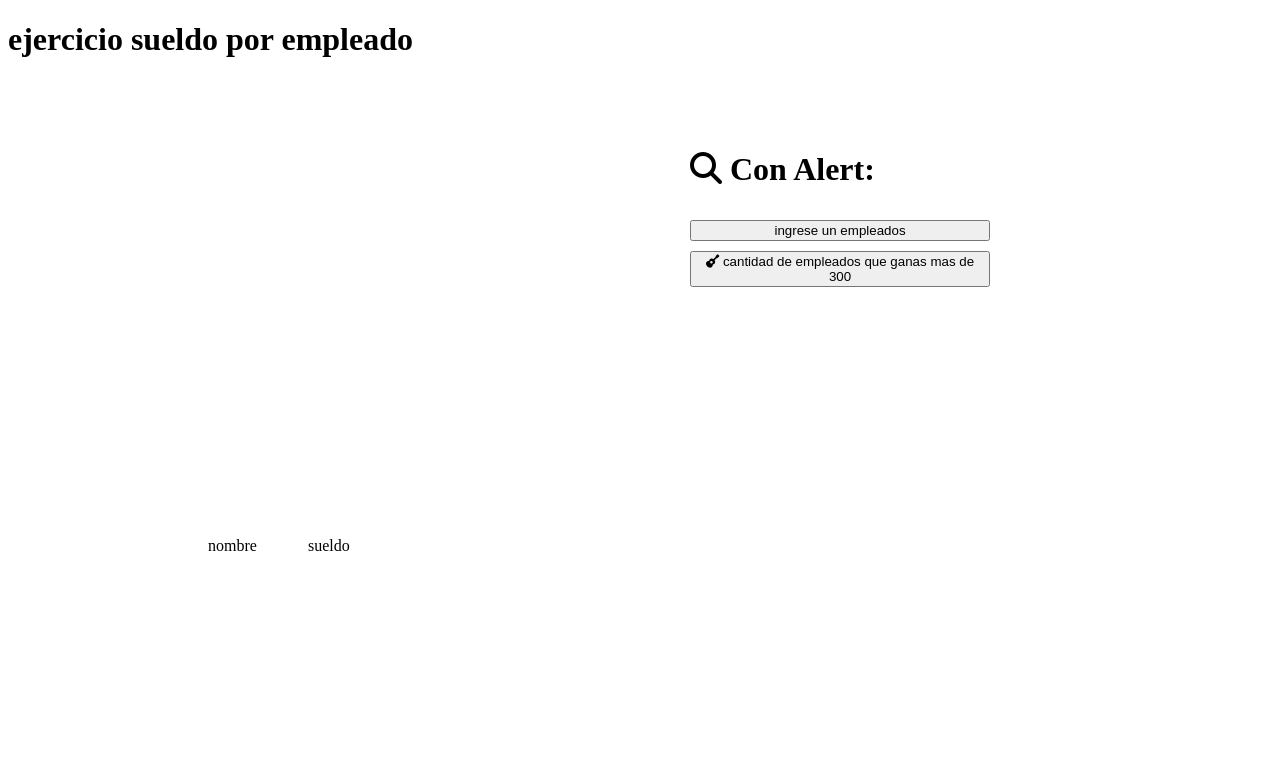
Repository: wolfmarcos/Ej-FormSesionEmpleados
Page: index.html
The author's editor kept a copy of each file at every save. The page is drawn from the files as they stood at one save, then again after a run of saves.
The browser window is 1280 px wide. The pictures show the whole page.
Empty fields were first filled with sample values (such as "Sample", 5 or name@example.com).
After loading, the first visible `#form` was submitted once.
Some web libraries are served in a nearby version.

Above is the page before, as saved 2022-08-01 15:27:20.

After the next 7 saves:
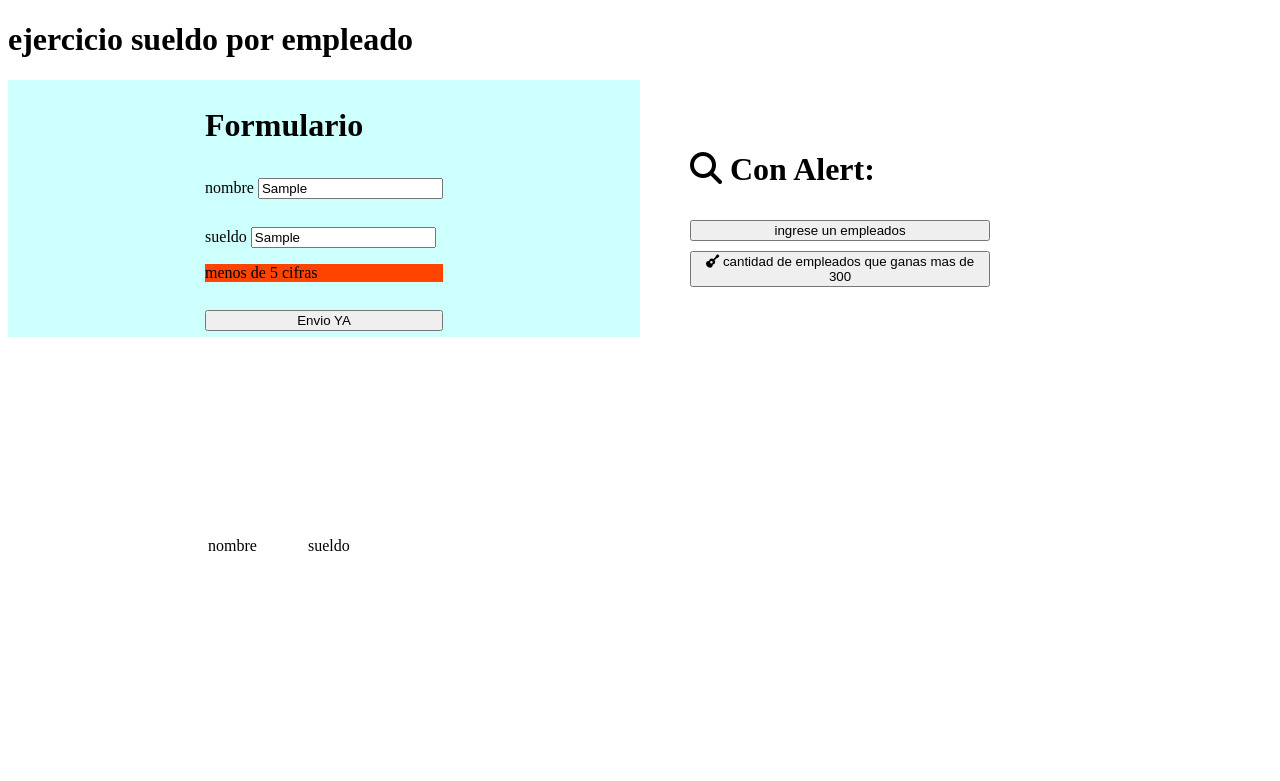
The 7 saves are shown as one change because they came seconds apart.
The last was saved 19 s later.
--- a/ej1.css
+++ b/ej1.css
@@ -24,7 +24,7 @@ header {
 background-color: rgb(205, 255, 253);
 
 }
-.h{visibility: hidden;}
+.hd .nota{visibility: hidden;}
 
 /* .forms  .nota{  background-color: blueviolet;  } */
 .alet {
